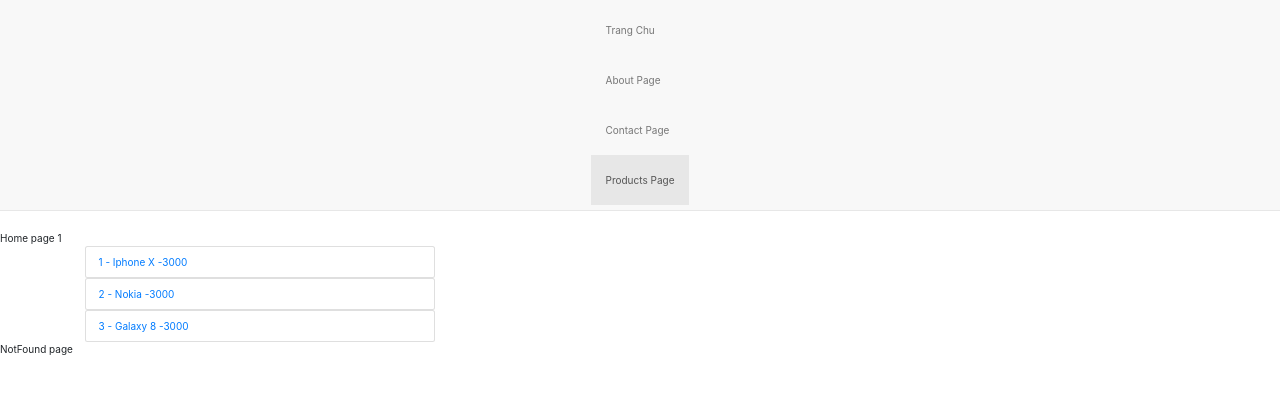
Repository: hntvip/react-route
Page: /products
These files come from the project's save history. The page is drawn as it stood at one moment and after a run of saves; the edit follows.
The browser window is 1280 px wide. The pictures show the whole page.
The project was rebuilt for these pictures with package versions that can differ from the ones it lists, and the page was loaded fresh each time. Also part of the build but not shown: src/components/About.js, src/components/Contact.js.

Above is the page before, as saved 2019-11-28 14:34:53.

After the next 3 saves:
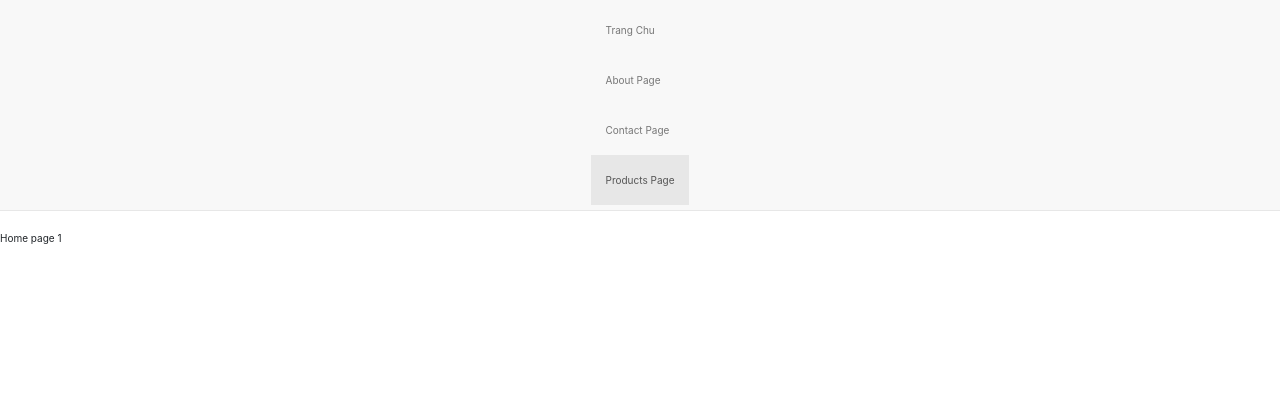
The 3 saves are shown as one change because they came seconds apart.
The last was saved 4 min 44 s later.
--- a/src/App.js
+++ b/src/App.js
@@ -1,5 +1,5 @@
 import React, { Component } from 'react';
-import { BrowserRouter as Router, Route} from 'react-router-dom';
+import { BrowserRouter as Router, Route, Switch} from 'react-router-dom';
 import Menu from './components/Menu';
 import routes from'./routes';
 
@@ -10,7 +10,9 @@
         <div className="App">
           <Menu/>
           {/* Noi Dung */}
+          <Switch>
             {this.showContentMenus(routes)}
+          </Switch>
         </div>
       </Router>
     )

After the save that followed:
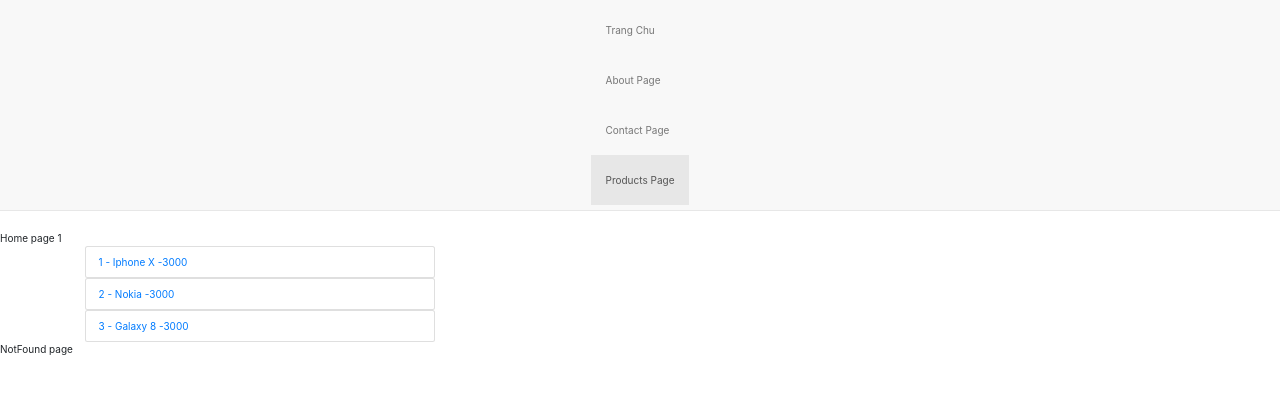
Saved 30 s later.
--- a/src/App.js
+++ b/src/App.js
@@ -10,9 +10,7 @@
         <div className="App">
           <Menu/>
           {/* Noi Dung */}
-          <Switch>
             {this.showContentMenus(routes)}
-          </Switch>
         </div>
       </Router>
     )
